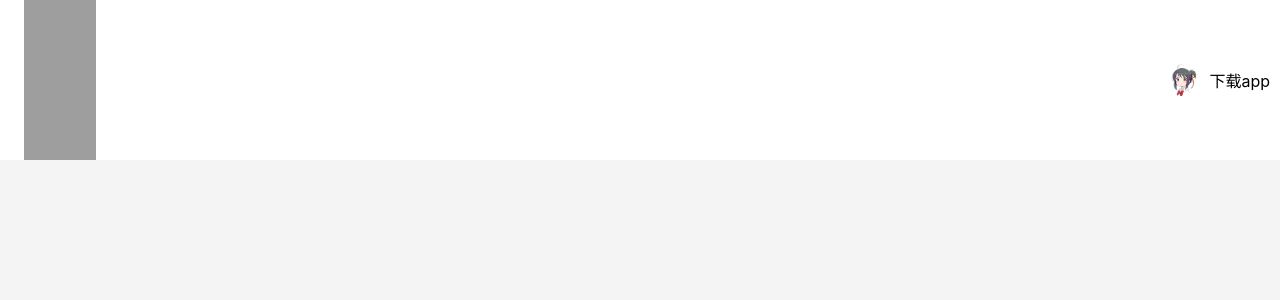
Repository: caiys666/bilibili
Page: /#/userinfo
An editor plug-in stored every save of this project. The page is shown before and after the next save, followed by the edit.
The browser window is 1280 px wide. The pictures show the whole page.
Pictures or frames that could not be fetched are drawn as grey boxes. The project was rebuilt for these pictures with package versions that can differ from the ones it lists, and the page was loaded fresh each time. Also part of the build but not shown: vue.config.js, src/components/HelloWorld.vue, src/views/Home.vue.

Above is the page before, as saved 2020-10-01 21:19:34.

### src/main.js
import Vue from 'vue';
import App from './App.vue';
import router from './router';
import store from './store';
import Vant from 'vant';
import 'vant/lib/index.css';
import http from '../http'
import { Toast } from 'vant';

Vue.prototype.$msg = Toast
Vue.prototype.$http = http
Vue.use(Vant);
Vue.config.productionTip = false

new Vue({
  router,
  store,
  render: h => h(App)
}).$mount('#app')

### src/App.vue
<template>
<div id="app">

    <router-view />
</div>
</template>

<style>
body {
    margin: 0;
    padding: 0;
    box-sizing: border-box;
    background-color: #f4f4f4;
}
</style>

### src/router/index.js
import Vue from 'vue'
import VueRouter from 'vue-router'
import Home from '../views/Home.vue'

Vue.use(VueRouter)

const routes = [
  {
    path: '/home',
    name: 'Home',
    component: Home
  },
  {
    path: '/login',
    name: 'Login',
    component: () => import(/* webpackChunkName: "about" */ '../views/Login.vue')
  },
  {
    path: '/userinfo',
    name: 'userinfo',
    component: () => import(/* webpackChunkName: "about" */ '../views/userinfo.vue')
  },
  {
    path: '/',
    name: 'Register',
    // route level code-splitting
    // this generates a separate chunk (about.[hash].js) for this route
    // which is lazy-loaded when the route is visited.
    component: () => import(/* webpackChunkName: "about" */ '../views/register.vue')
  }
]

const router = new VueRouter({
  routes
})

export default router

### http.js
import axios from 'axios'

const http = axios.create({
    baseURL:'http://112.74.99.5:3000/web/api'
})

export default http

### src/views/userinfo.vue
<template>
    <div>
        <navbar></navbar>
    </div>
</template>

<script>
import Navbar from '../components/commn/Navbar.vue'
    export default {
        components:{
            Navbar
        }
    }
</script>

<style scoped>

</style>

### src/components/commn/Navbar.vue
<template>
    <div class="navbar">
        <div class="logo">
            <img src="../../assets/logo.jpg" alt="">
        </div>
        <div></div>
        <div>
            <img src="../../assets/user.jpg" alt="">
            <p>下载app</p>
        </div>
    </div>
</template>

<script>
    export default {

    }
</script>

<style lang='less' scoped>
.navbar{
    height: 12.5vw;
    background-color: white;
    display: flex;
    div:nth-child(2){
        flex: 1;
    }
    div:nth-child(3){
        display: flex;
        justify-content: center;
        align-items: center;
        img{
            width: 32px;
            height: 32px;
        }
        p{
            padding: 0 10px;
        }
    }
}
.logo{
    width: 120px;
    display: flex;
    justify-content: center;
    align-items: center;
}
.logo img{
    width: 60%;
    height: 100%;
}
</style>

Loaded but not shown: public/index.html (common file); src/store/index.js (common file)

After the next save:
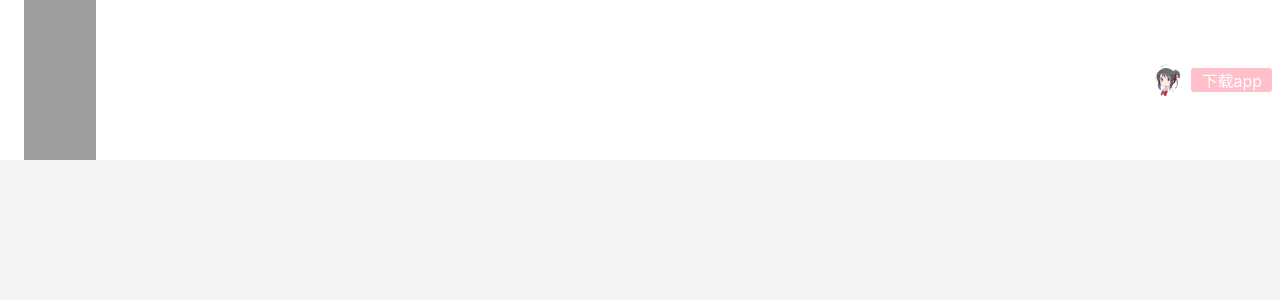
Saved 70 s later.
--- a/src/components/commn/Navbar.vue
+++ b/src/components/commn/Navbar.vue
@@ -35,6 +35,11 @@
         }
         p{
             padding: 0 10px;
+            margin: 0 8px;
+            border-radius: 3px;
+            background-color: pink;
+            color: white;
+
         }
     }
 }
